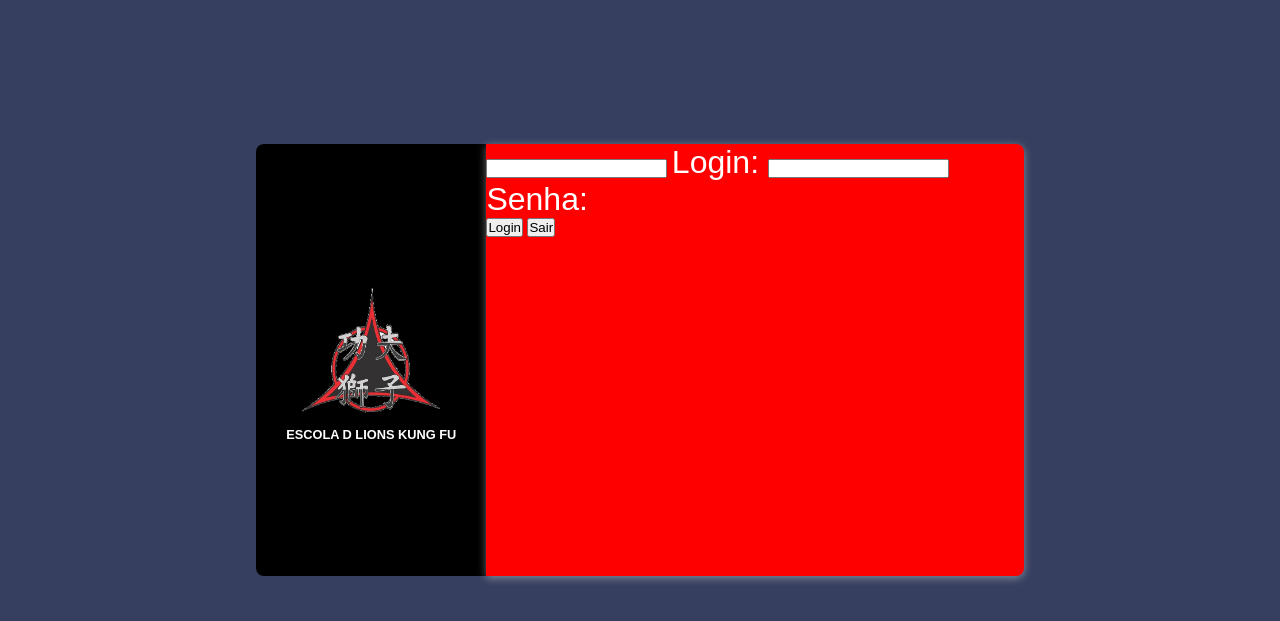
Repository: samantaProspero/projeto_integrador
Page: Versão Atual/PI_Vanila/index.html
These files come from the project's save history. The page is drawn as it stood at one moment and after the next save; the edit follows.
The browser window is 1280 px wide. The pictures show the whole page.

Above is the page before, as saved 2021-11-04 15:08:34.
Not found: Versão Atual/PI_Vanila/js/script.js

### Versão Atual/PI_Vanila/index.html
<!DOCTYPE html>
<html lang="pt-BR">
<head>
  <meta charset="UTF-8">
  <meta http-equiv="X-UA-Compatible" content="IE=edge">
  <meta name="viewport" content="width=device-width, initial-scale=1.0">
  <link rel="stylesheet" type="text/css" href="_css/global.css">
  <link rel="stylesheet" type="text/css" href="_css/style.css">
  <title>D Lions</title>
</head>
<body id="painel-inicial">
  <section class="login-painel">
    <div class="logo-painel">
      <img id=logo src="assets/logo.png">
      <p>ESCOLA D LIONS KUNG FU</p>
    </div>
    <div class="area-login">
      <form id="form-login" action="">
        <input type="text" name="login" id="login">
        <label for="login">Login: </label>
        <input type="text" name="senha" id="senha">
        <label for="senha">Senha: </label>
        <div id="buttons-div">
        <input type="button" value="Login">
        <input type="button" value="Sair">
        </div>
      </form>
    </div>
  </section>
  <script src="js/script.js"></script>
</body>
</html>

### Versão Atual/PI_Vanila/_css/global.css
  :root{
    --red: #E52E4D;
    --green: #33CC95;
    --blue: #5429CC;
    --blue-light: #6933FF;
    --text-title: #363F5F;
    --text-body: #969CB2;
    --background: #f0f2f5;
    --shape: #FFFFFF;
    --primary_dark: #363F5F;
  --secondary_dark: #000000;
    --primary: #FF0000;
    --bg_home: #B22222;
    --bg_cadastro:#A52A2A;
    --icon: #6495ED;
    --bg_frame: #D3D3D3;
  }
  /* font verdana 8 bold */

  *{
    margin: 0;
    padding: 0;
    box-sizing: border-box;
  }

  /* // font-size: 16px (Desktop) */
  html{
    @media (max-width: 1080px){
      font-size: 93.75%; //15px
    }
    @media (max-width: 720px){
      font-size: 87.5%;  //14px
    }
  }
  /* //REM = 1rem = 16px */
  body{
    background: var(--primary_dark);
    -webkit-font-smoothing: antialiased;
  }

  body, input, textarea, button {
    font-family: 'Poppins', sans-serif;
    font-weight: 400;
  }

  h1, h2, h3, h4, h5, h6, strong {
    font-weight: 600;
  }

  button {
    cursor: pointer;
  }



  /* [disabled] {
    opacity: 0.6;
    cursor: not-allowed;
  }

  .react-modal-overlay{
    background: rgba(0,0,0,0.5);
    position: fixed;

    top: 0;
    bottom: 0;
    right: 0;
    left: 0;

    display: flex;
    align-items: center;
    justify-content: center;
  }

  .react-modal-content{
    width: 100%;
    max-width: 576px;
    background: var(--background);
    padding: 3rem;
    position: relative;
    border-radius: 0.25rem;
  }

  .react-modal-close{
    position: absolute;
    right: 1.5rem;
    top: 1.5rem;
    border: 0;
    background: transparent;
    transition: 0.2s; */

    /* &:hover{
      filter: brightness(0.9)
    }
  } */

### Versão Atual/PI_Vanila/_css/style.css
#painel-inicial {
  width: 100vw;
  height: 100vh;
  display: flex;
  align-items: center;
  justify-content: center;
}
.login-painel {
  width: 60vw;
  height: 60vh;
  display: flex;
  flex-direction: row;
  align-items: center;
  justify-content: center;
}
.logo-painel {
  width: 30%;
  height: 100%;
  background-color: var(--secondary_dark);
  display: flex;
  flex-direction: column;
  flex: 1;
  justify-content: center;
  align-items: center;
  border-radius: 8px 0 0 8px;
}
.logo-painel p {
  color: var(--shape);
  font-size: 0.8rem;
  font-weight: bold;
}
/* .logo-painel.logo{
  display: flex;
  justify-content: center;
  align-items: center;
  box-sizing: cover;
} */
.logo-painel img {
  width: 150px;
}

.area-login {
  width: 70%;
  height: 100%;
  background-color: var(--primary);
  border-radius: 0 8px 8px 0;
  box-shadow: 0 2px 8px rgba(255, 255, 255, 0.4);
}
.area-login  p {
    color: var(--shape);
    font-size: 1.5rem;
  }
.area-login  label {
    color: var(--shape);
    font-size: 2rem;
  }
.area-login #form-login input{

}
.area-login #form-login label{

}
.area-login #form-login #buttons-div{

}


/*
export const Content = styled.div`
max-width: 800px;
margin: 0 auto;
display: flex;
flex: 1;
justify-content: center;
align-items: center;
padding: 2.5rem 1rem;

export const LoginContainer = styled.div`
width: 65%;
height: 50vh;
background-color: var(--primary);
display: flex;
flex-direction: column;
justify-content: center;
align-items: center;
border-radius: 0 8px 8px 0;
box-shadow: 0 2px 8px rgba(255, 255, 255,0.4);
p{
  color: var(--shape);
  font-size: 1.5rem;
}
label{
  color: var(--shape);
  font-size: 2rem;
}
`;
export const Input = styled.div`
padding: 0.7rem;
display: flex;
align-items: center;
justify-content: right;

input{
}
`;
export const Buttons = styled.div`
padding-top: 0.7rem;

button{
  width: 8rem;
  font-size: 1.4rem;
  padding: 0.3rem 1.8rem;
  border-radius: 5px;
  margin: 50px 20px 0;
}
`;
`;
 */

After the next save:
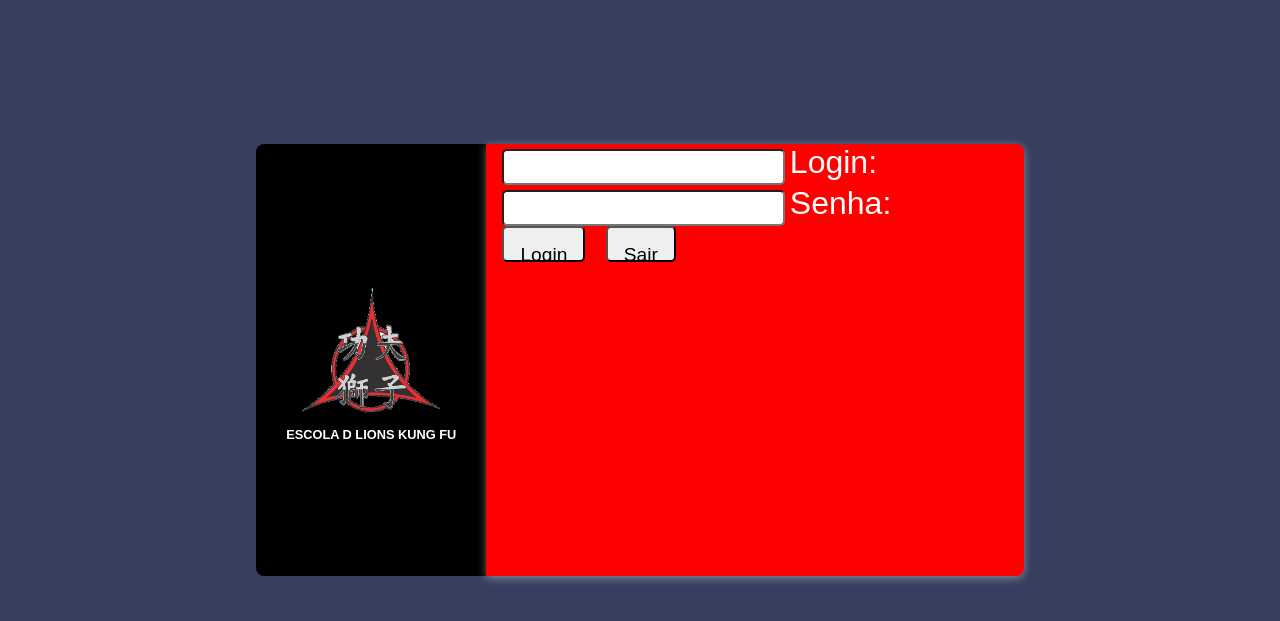
Saved 4 s later.
--- a/Versão Atual/PI_Vanila/_css/style.css
+++ b/Versão Atual/PI_Vanila/_css/style.css
@@ -55,6 +55,11 @@
     font-size: 2rem;
   }
 .area-login #form-login input{
+  height: 1.8rem;
+  padding: 1rem;
+  margin-left: 1rem;
+  border-radius: 5px;
+  font-size: 1.2rem;
 
 }
 .area-login #form-login label{
